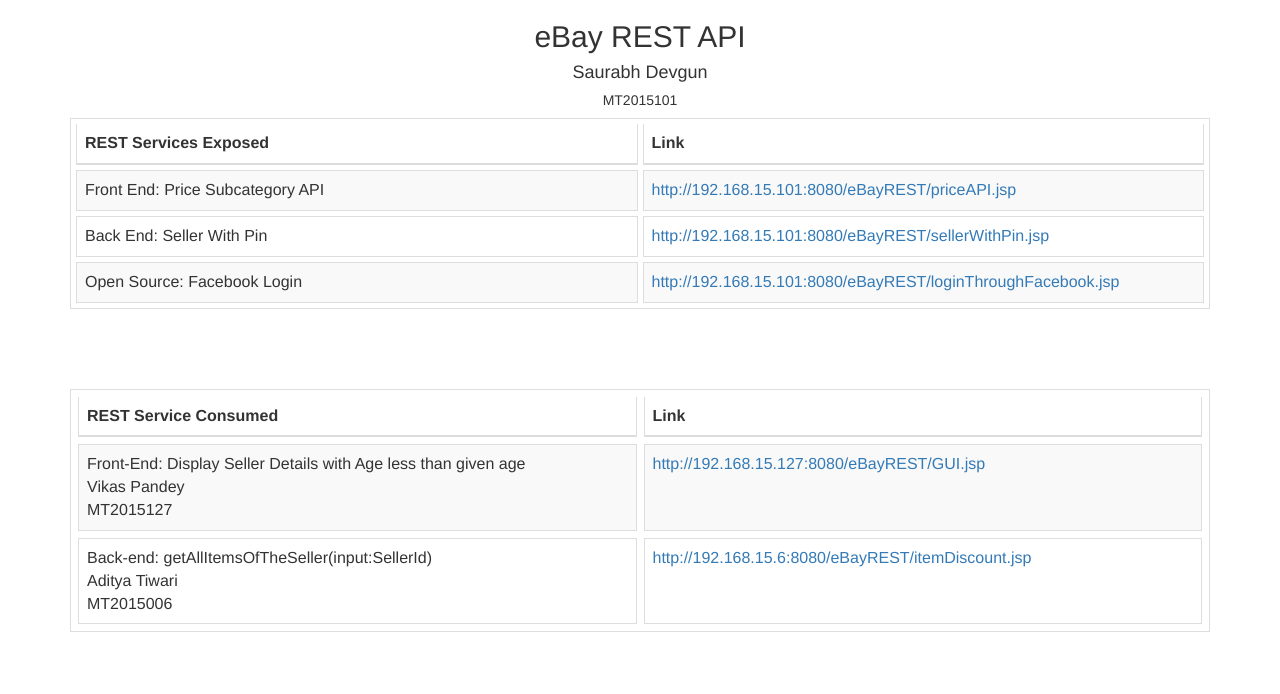
Repository: saurabh-devgun-iiitb/RESTProject
Page: http://localhost/eBayREST/
These files come from the project's save history. The page is drawn as it stood at one moment and after the next save; the edit follows.
The browser window is 1280 px wide. The pictures show the whole page.
The page is served by Tomcat 9.

Above is the page before, as saved 2016-07-23 06:30:32.

After the next save:
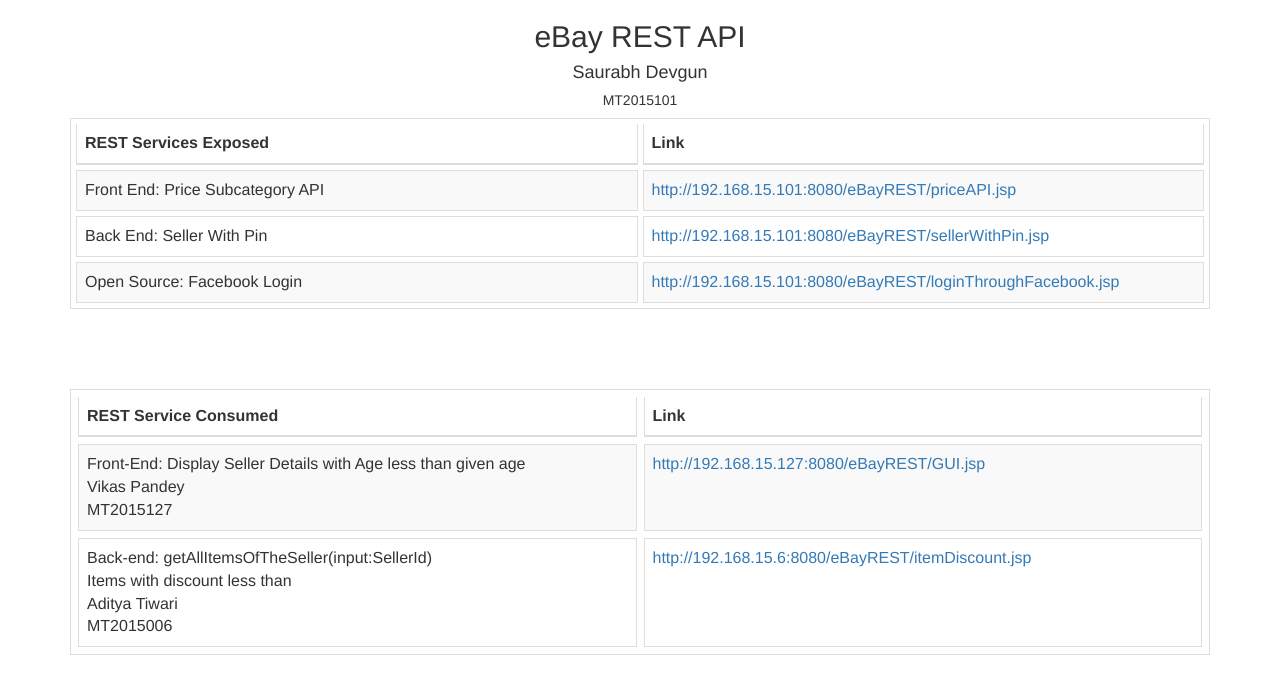
Saved 3 h 25 min later.
--- a/eBayREST/WebContent/index.jsp
+++ b/eBayREST/WebContent/index.jsp
@@ -58,7 +58,7 @@
           <td><a href="http://192.168.15.127:8080/eBayREST/GUI.jsp">http://192.168.15.127:8080/eBayREST/GUI.jsp</a></td>
         </tr>
         <tr>
-          <td>Back-end: getAllItemsOfTheSeller(input:SellerId)<br>Aditya Tiwari<br>MT2015006</td>
+          <td>Back-end: getAllItemsOfTheSeller(input:SellerId)<br>Items with discount less than<br>Aditya Tiwari<br>MT2015006</td>
           <td><a href="http://192.168.15.6:8080/eBayREST/itemDiscount.jsp">http://192.168.15.6:8080/eBayREST/itemDiscount.jsp</a></td>
         </tr>
       </tbody>
